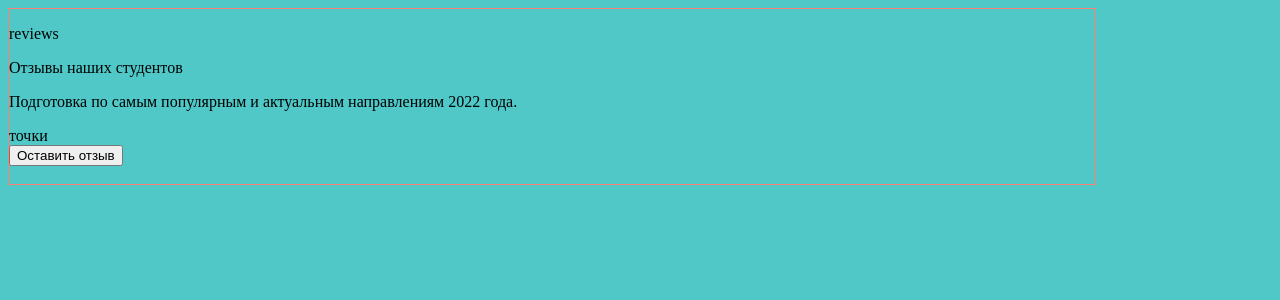
Repository: Malvuna/Studi
Page: index.html
An editor plug-in stored every save of this project. The page is shown before and after the next save, followed by the edit.
The browser window is 1280 px wide. The pictures show the whole page.

Above is the page before, as saved 2022-07-11 15:55:05.

### index.html

<!DOCTYPE html>
<html lang="en">
  <head>
    <meta charset="UTF-8" />
    <meta http-equiv="X-UA-Compatible" content="IE=edge" />
    <meta name="viewport" content="width=device-width, initial-scale=1.0" />
    <link rel="stylesheet" href="./css/style.css" />
    <link rel="preconnect" href="https://fonts.googleapis.com">
    <link rel="preconnect" href="https://fonts.gstatic.com" crossorigin>
    <link href="https://fonts.googleapis.com/css2?family=Caveat:wght@400;600;700&family=Inter:wght@400;600;700&display=swap" rel="stylesheet">
  <body>
    <header>
    </header>

    <main>
      <div id="container" class="container">

      <p>reviews</p>
      <p>Отзывы наших студентов</p>
      <p>Подготовка по самым популярным и актуальным направлениям 2022 года.</p>
      <div></div>
      <div>точки</div>
      <button>Оставить отзыв</button>

    </div>
    </main>


    <footer>

    </footer>

  </body>
  <script type="module" src="./javascript/javascript.js"></script>
</html>

### css/style.css

body{
 background-color: rgb(80, 200, 200);
}

.container {
    width: 1086px;
    border: 1px salmon solid;
    text-align: left;
}

### javascript/javascript.js


//переменная для общего контейнера
let container = document.querySelector("#container");

//переменная для всех карточек
let divAllCard = document.createElement("div");
divAllCard.className = "divAllCard";
container.append(divAllCard);

//переменная для одной карточки
let divOneCard = document.createElement("div");
divOneCard.className = "divOneCard";
divAllCard.append(divOneCard);

let foto = document.createElement("img");
divOneCard.append(foto);


let nameText = document.createElement("p");
nameText.innerHTML = "Ann";
divOneCard.append(foto);

After the next save:
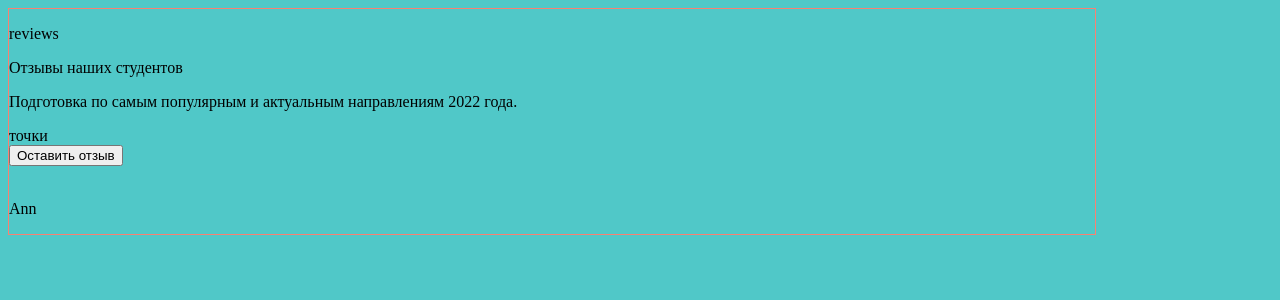
Saved 4 s later.
--- a/javascript/javascript.js
+++ b/javascript/javascript.js
@@ -19,4 +19,4 @@ divOneCard.append(foto);
 
 let nameText = document.createElement("p");
 nameText.innerHTML = "Ann";
-divOneCard.append(foto);
+divOneCard.append(nameText);
